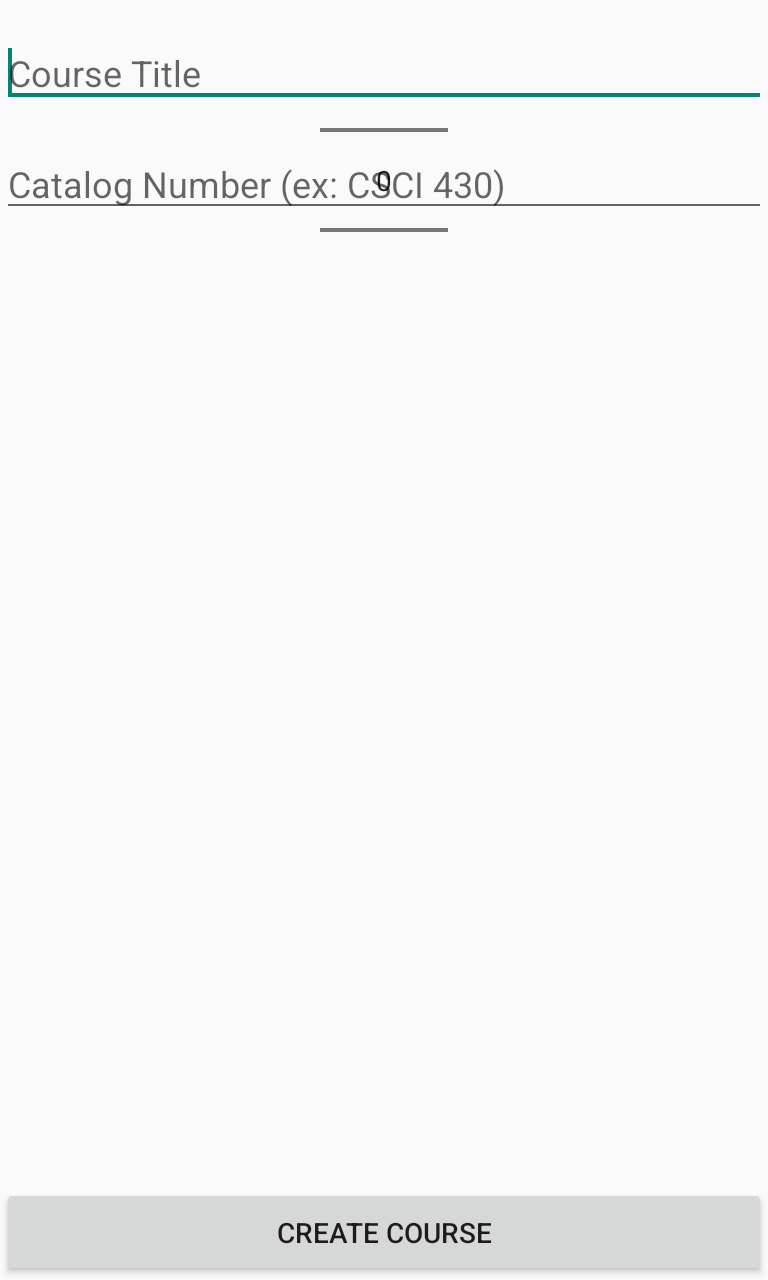
Repository: Jooms/Examples
Layout: CourseManager/res/layout/activity_main.xml
An editor plug-in stored every save of this project. The layout is shown before and after the next save, followed by the edit.
It is drawn on a 768 x 1280 px phone screen (xhdpi) without system bars, with theme AppTheme; the app's code is not run.

Above is the layout before, as saved 2014-10-06 01:08:15.

### CourseManager/res/layout/activity_main.xml
<RelativeLayout xmlns:android="http://schemas.android.com/apk/res/android"
    xmlns:tools="http://schemas.android.com/tools"
    android:layout_width="match_parent"
    android:layout_height="match_parent"
    tools:context="${relativePackage}.${activityClass}" >

    <EditText
        android:id="@+id/editName"
        android:layout_width="wrap_content"
        android:layout_height="wrap_content"
        android:layout_alignParentLeft="true"
        android:layout_alignParentRight="true"
        android:layout_alignParentTop="true"
        android:layout_marginTop="14dp"
        android:ems="10"
        android:hint="Course Title" >

        <requestFocus />
    </EditText>

    <EditText
        android:id="@+id/editNumber"
        android:layout_width="wrap_content"
        android:layout_height="wrap_content"
        android:layout_alignLeft="@+id/editName"
        android:layout_alignParentRight="true"
        android:layout_below="@+id/editName"
        android:layout_marginTop="14dp"
        android:ems="10"
        android:hint="Catalog Number (ex: CSCI 430)" />

    <Button
        android:id="@+id/buttonCreate"
        android:layout_width="wrap_content"
        android:layout_height="wrap_content"
        android:layout_alignParentBottom="true"
        android:layout_alignParentLeft="true"
        android:layout_alignParentRight="true"
        android:onClick="buttonCreatePressed"
        android:text="Create Course" />


    <NumberPicker
        android:id="@+id/numPickCapacity"
        android:layout_width="wrap_content"
        android:layout_height="wrap_content"
        android:layout_below="@+id/numPickCapacity"
        android:layout_centerHorizontal="true"
        android:orientation="vertical" />

    <TextView
        android:id="@+id/textFeedback"
        android:layout_width="wrap_content"
        android:layout_height="wrap_content"
        android:layout_below="@+id/numPickCapacity"
        android:layout_marginTop="44dp"
        android:textAppearance="?android:attr/textAppearanceLarge"
        android:textColor="@android:color/holo_red_dark" />


</RelativeLayout>

Loaded but not shown: CourseManager/res/values/styles.xml (common file); CourseManager/res/values-v11/styles.xml (common file); CourseManager/res/values-v14/styles.xml (common file)

After the next save:
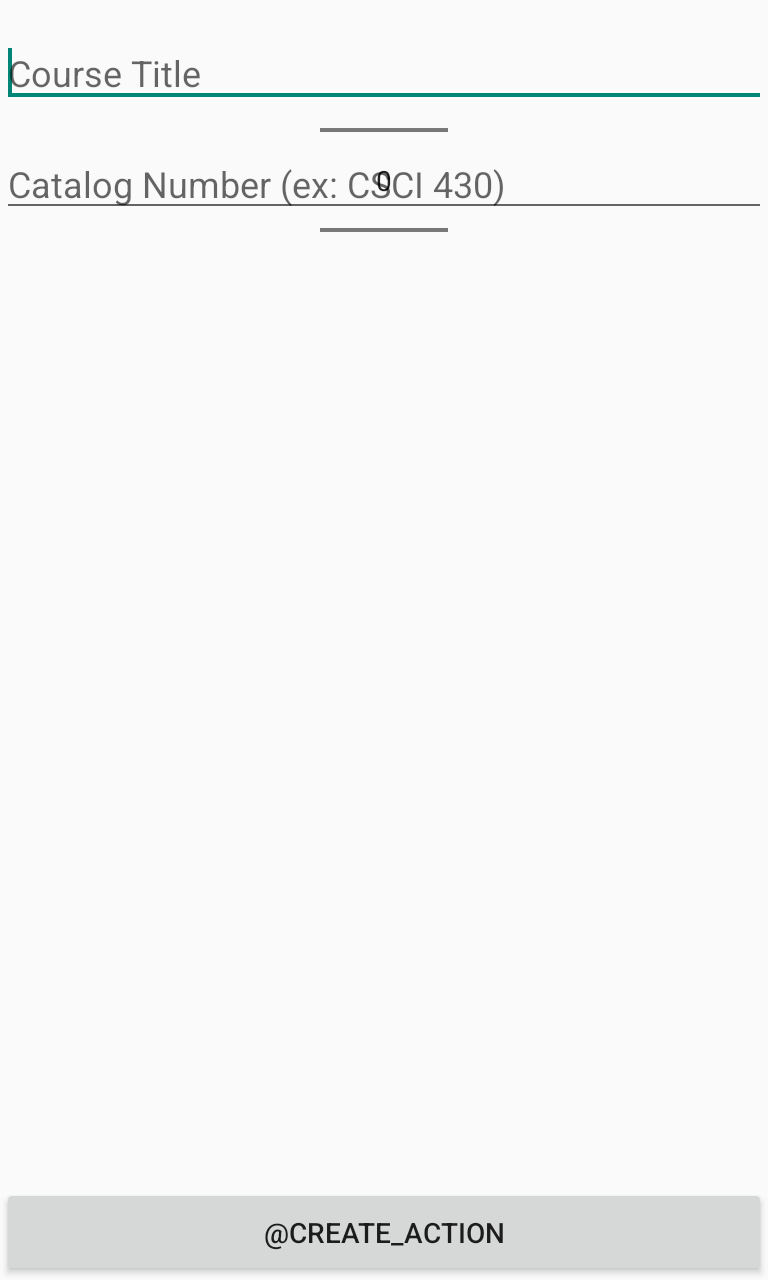
Saved 64 min 22 s later.
--- a/CourseManager/res/layout/activity_main.xml
+++ b/CourseManager/res/layout/activity_main.xml
@@ -37,7 +37,7 @@
         android:layout_alignParentLeft="true"
         android:layout_alignParentRight="true"
         android:onClick="buttonCreatePressed"
-        android:text="Create Course" />
+        android:text="@create_action" />
 
 
     <NumberPicker
